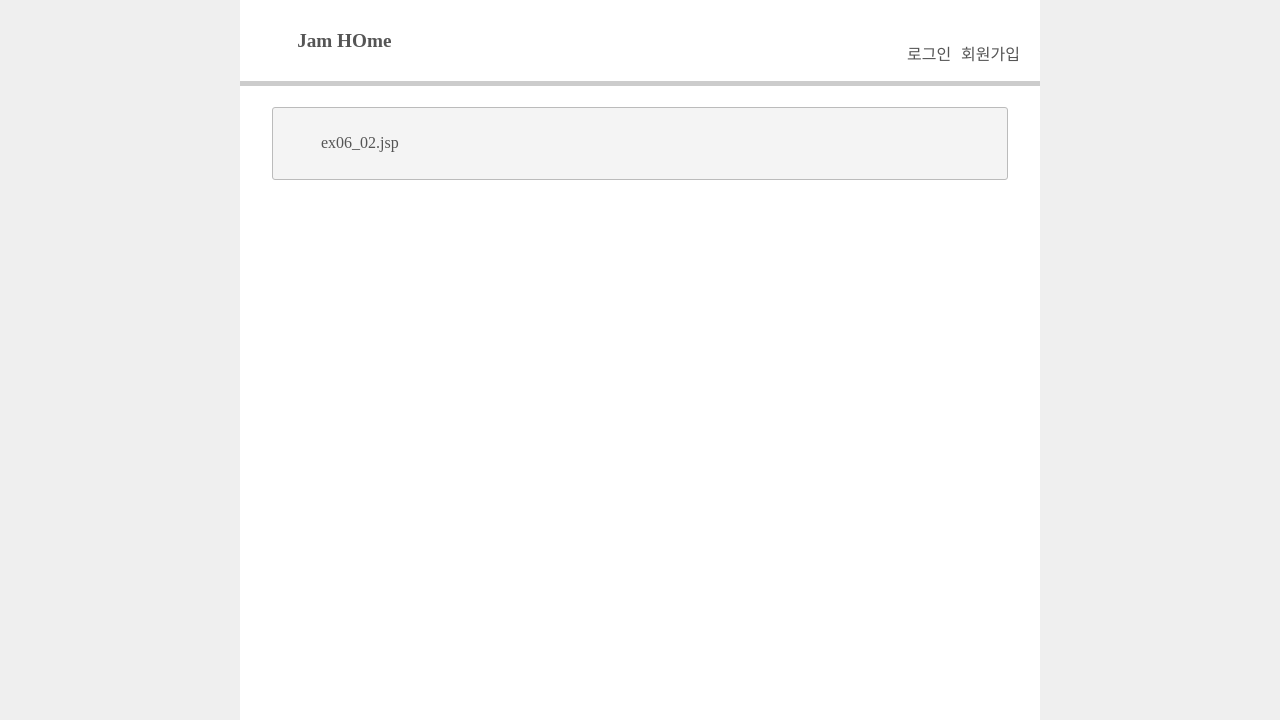
Repository: woals5636/JSPClass
Page: http://localhost/jspPro/days06/ex06_02.jsp
An editor plug-in stored every save of this project. The page is shown before and after the next save, followed by the edit.
The browser window is 1280 px wide. The pictures show the whole page.
Some web fonts or font styles are not loaded; a fallback is used. The page is served by Tomcat 9.

Above is the page before, as saved 2024-10-22 07:36:18.

After the next save:
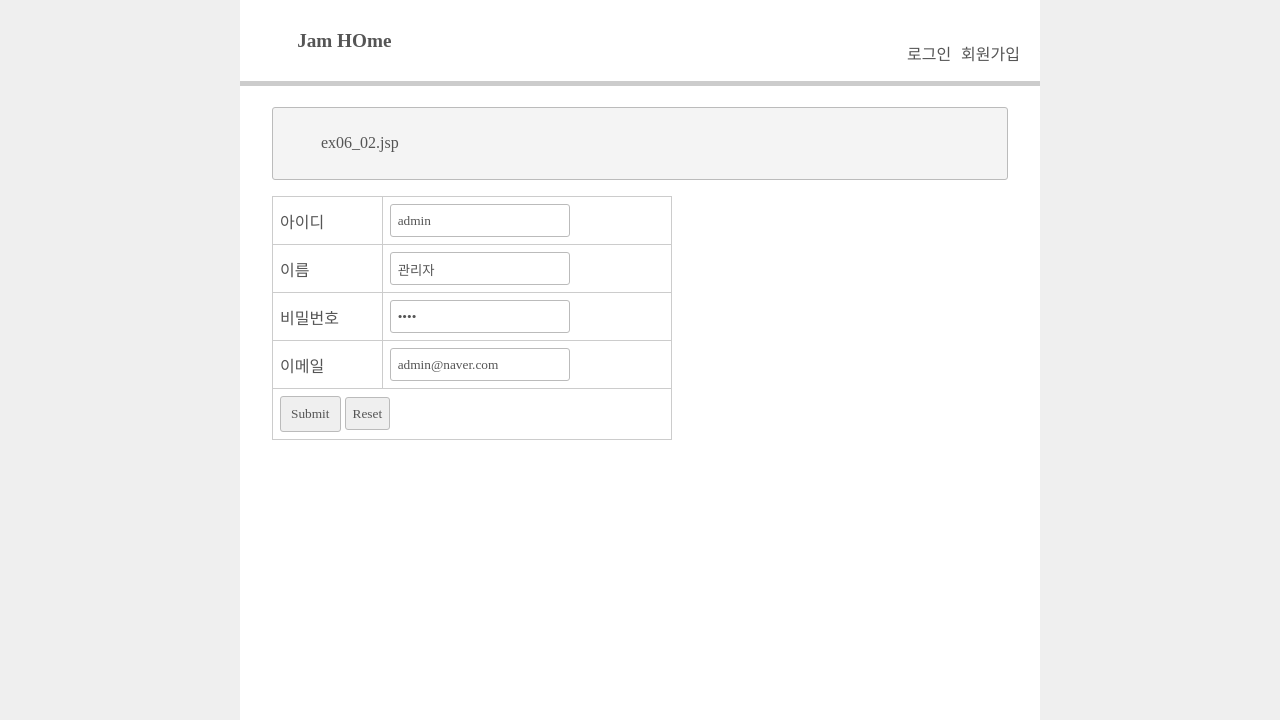
Saved 20 s later.
--- a/jspPro/src/main/webapp/days06/ex06_02.jsp
+++ b/jspPro/src/main/webapp/days06/ex06_02.jsp
@@ -30,6 +30,33 @@
   <xmp class="code">
   	ex06_02.jsp
   </xmp>
+    <form action="ex05_05.jsp" method="get">
+
+  <table border="1" style="width:400px">
+     <tr>
+        <td>아이디</td>
+        <td><input type="text"  name="id" value="admin"></td>
+     </tr>
+     <tr>
+        <td>이름</td>
+        <td><input type="text"  name="name"  value="관리자"></td>
+     </tr>
+     <tr>
+        <td>비밀번호</td>
+        <td><input type="password"  name="passwd" value="1234"></td>
+     </tr>
+     <tr>
+        <td>이메일</td>
+        <td><input type="text"  name="email" value="admin@naver.com"></td>
+     </tr>
+     <tr>
+        <td colspan="2">
+           <input type="submit">
+           <input type="reset">
+        </td>
+     </tr>
+  </table>
+</form>
 </div>
 </body>
 </html>
